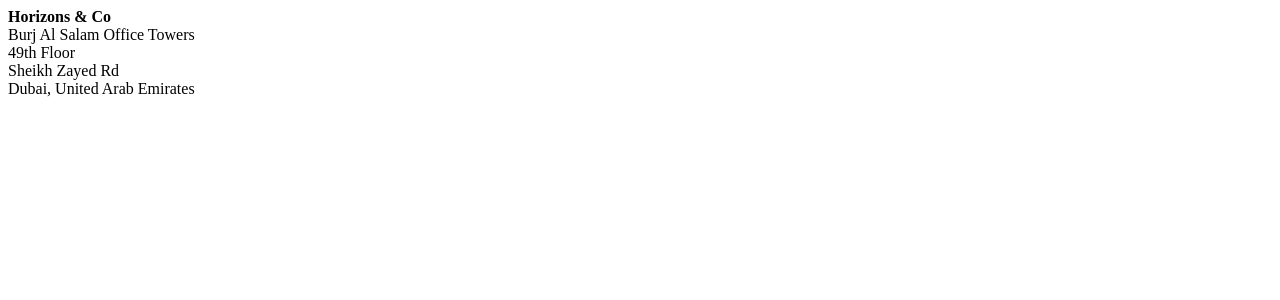
Repository: shifanafin/store-ap
Page: starter/Untitled-1.html
These files come from the project's save history. The page is drawn as it stood at one moment and after the next save; the edit follows.
The browser window is 1280 px wide. The pictures show the whole page.

Above is the page before, as saved 2023-09-28 18:16:23.

### starter/Untitled-1.html
<b>Horizons & Co</b>
<br>
Burj Al Salam Office Towers
<br>
49th Floor
<br>
Sheikh Zayed Rd
<br>
Dubai, United Arab Emirates

After the next save:
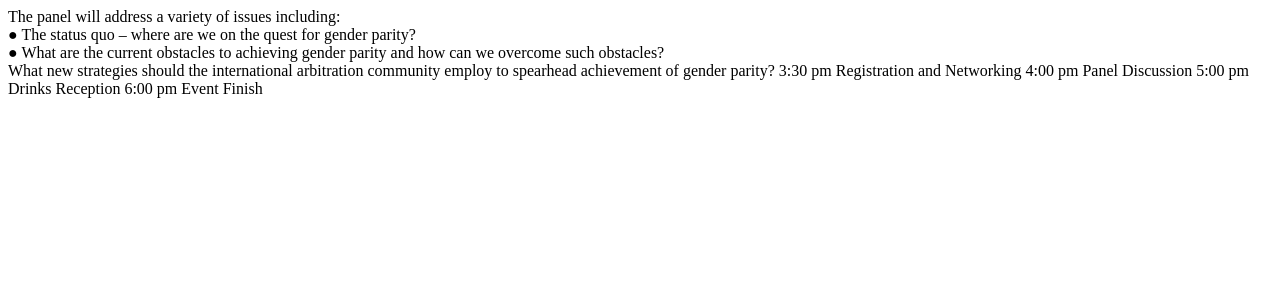
Saved 6 min 6 s later.
--- a/starter/Untitled-1.html
+++ b/starter/Untitled-1.html
@@ -1,9 +1,11 @@
-<b>Horizons & Co</b>
+The panel will address a variety of issues including:
 <br>
-Burj Al Salam Office Towers
+●	The status quo – where are we on the quest for gender parity?
 <br>
-49th Floor
+●	What are the current obstacles to achieving gender parity and how can we overcome such obstacles?
 <br>
-Sheikh Zayed Rd
-<br>
-Dubai, United Arab Emirates
+What new strategies should the international arbitration community employ to spearhead achievement of gender parity?
+3:30 pm 	Registration and Networking
+4:00 pm	Panel Discussion
+5:00 pm     	Drinks Reception
+6:00 pm	Event Finish
